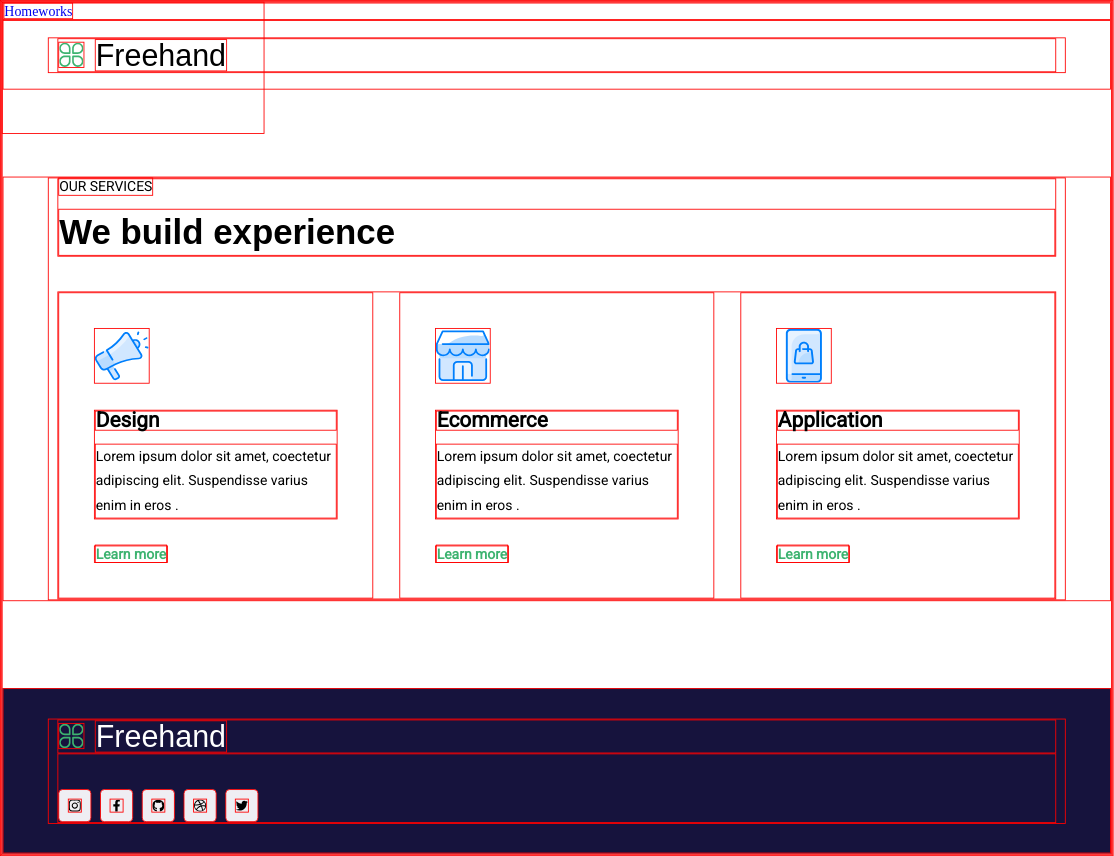
Repository: Tsiniavska/beetroot-test-project
Page: Homeworks/svg/index.html
These files come from the project's save history. The page is drawn as it stood at one moment and after the next save; the edit follows.
The browser window is 1280 px wide. The pictures show the whole page, at 87% of full size.
Some web fonts or font styles are not loaded; a fallback is used.

Above is the page before, as saved 2024-02-28 22:58:41.

After the next save:
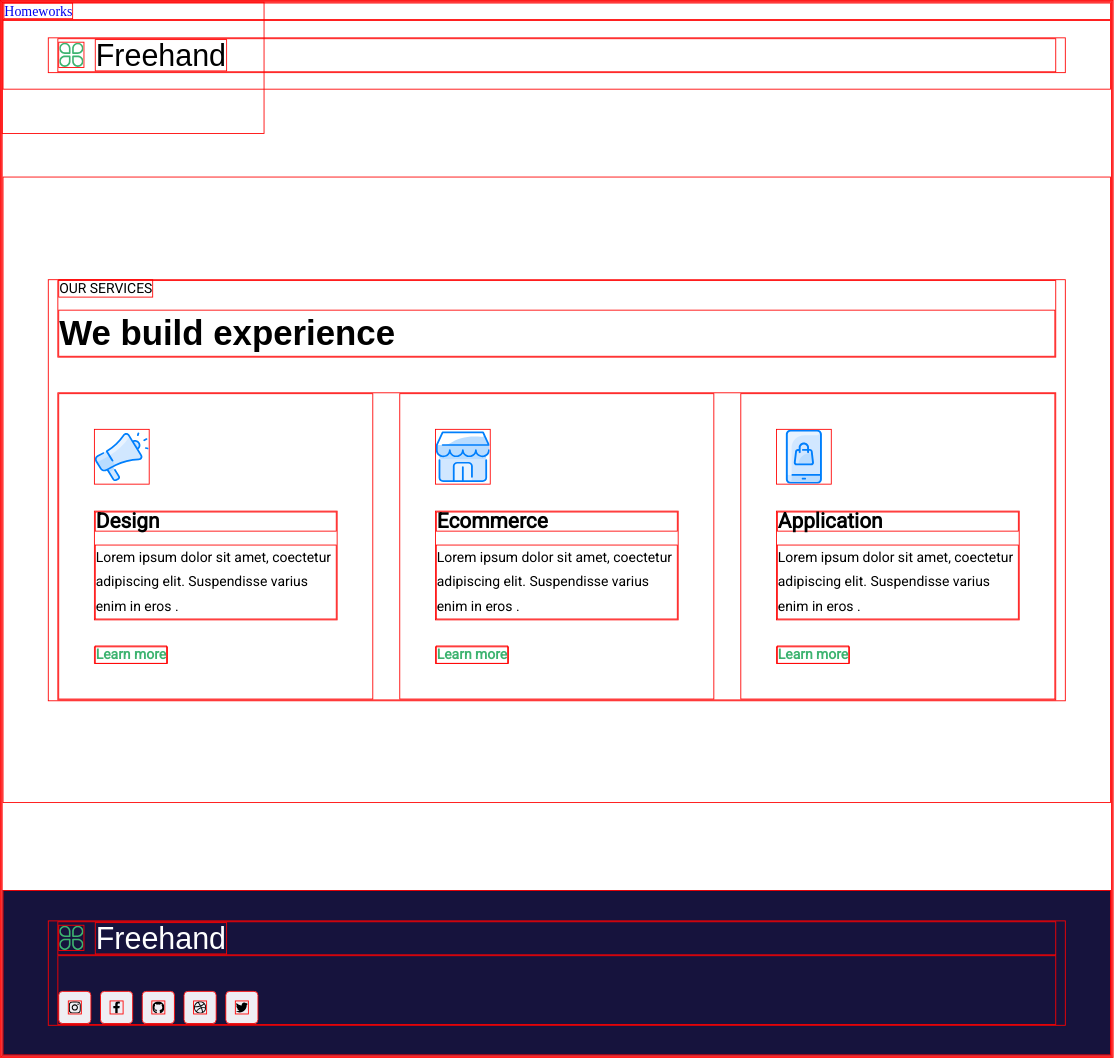
Saved 14 s later.
--- a/Homeworks/svg/index.css
+++ b/Homeworks/svg/index.css
@@ -39,7 +39,7 @@
 .content {
   margin-top: 100px;
   font-family: var(--f-text);
-  /* height: 100vh; */
+  height: 100vh;
   display: flex;
   align-items: center;
 }
